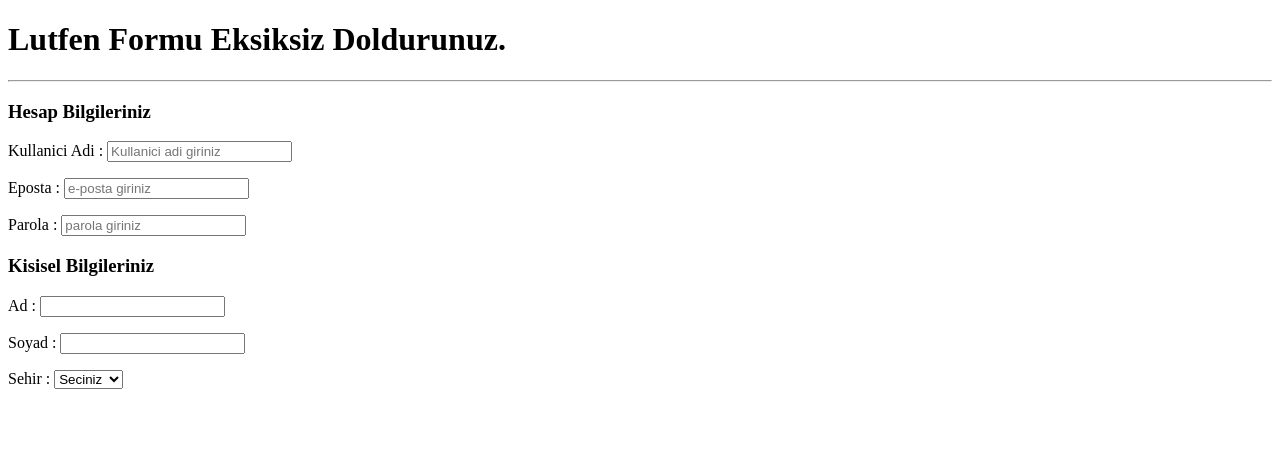
Repository: sammkrt/git101
Page: html-css-TrainingMyself/uygulama4.html
An editor plug-in stored every save of this project. The page is shown before and after the next save, followed by the edit.
The browser window is 1280 px wide. The pictures show the whole page.

Above is the page before, as saved 2022-12-22 12:48:44.

After the next save:
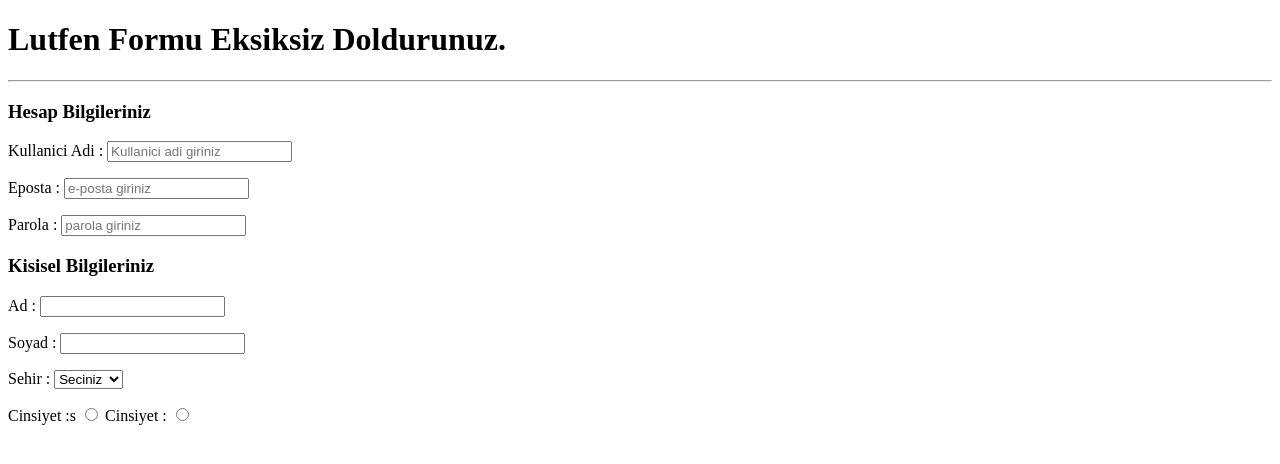
Saved 59 s later.
--- a/html-css-TrainingMyself/uygulama4.html
+++ b/html-css-TrainingMyself/uygulama4.html
@@ -36,6 +36,13 @@
                 <option>Adana</option>
             </select>
         </p>
+        <p>
+            Cinsiyet :s <input type="radio" name="Cinsiyet">
+            Cinsiyet : <input type="radio" name="Cinsiyet">
+        </p>
+        <p>
+
+        </p>
 
 
 
